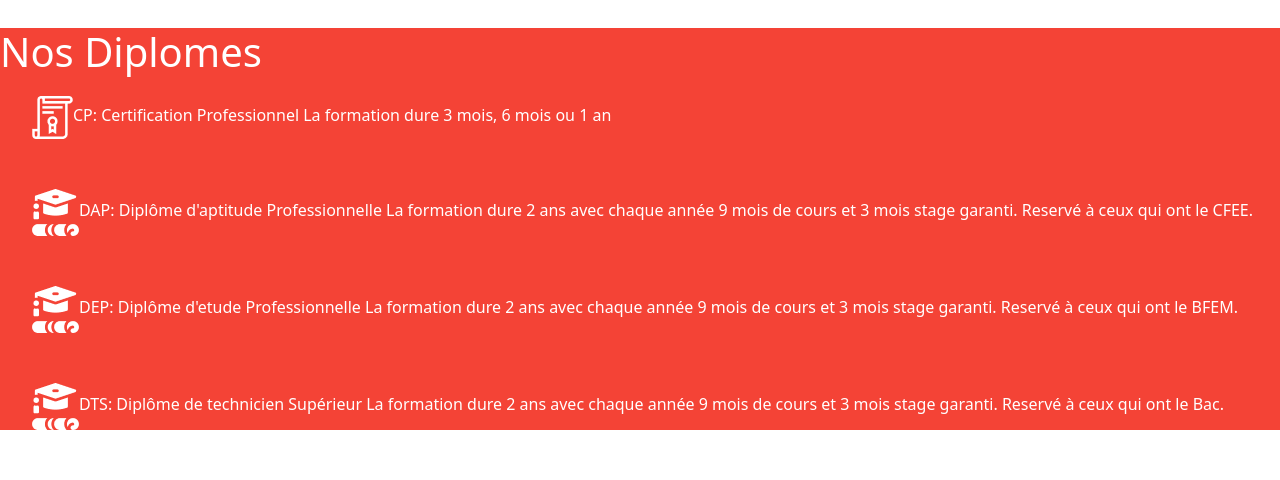
Repository: wadelfadill/tache_6_validation_prototype_bootstrap
Page: index.html
The author's editor kept a copy of each file at every save. The page is drawn from the files as they stood at one save, then again after the next save.
The browser window is 1280 px wide. The pictures show the part of the page from y = 1831 to 2369 px (the page is 2311 px tall before and 2369 px after).
A picture or video elsewhere on the page could not be fetched, so the positions and the page height are approximate. Some web libraries are served in a nearby version.

Above is the page before, as saved 2023-04-24 22:40:39.

After the next save:
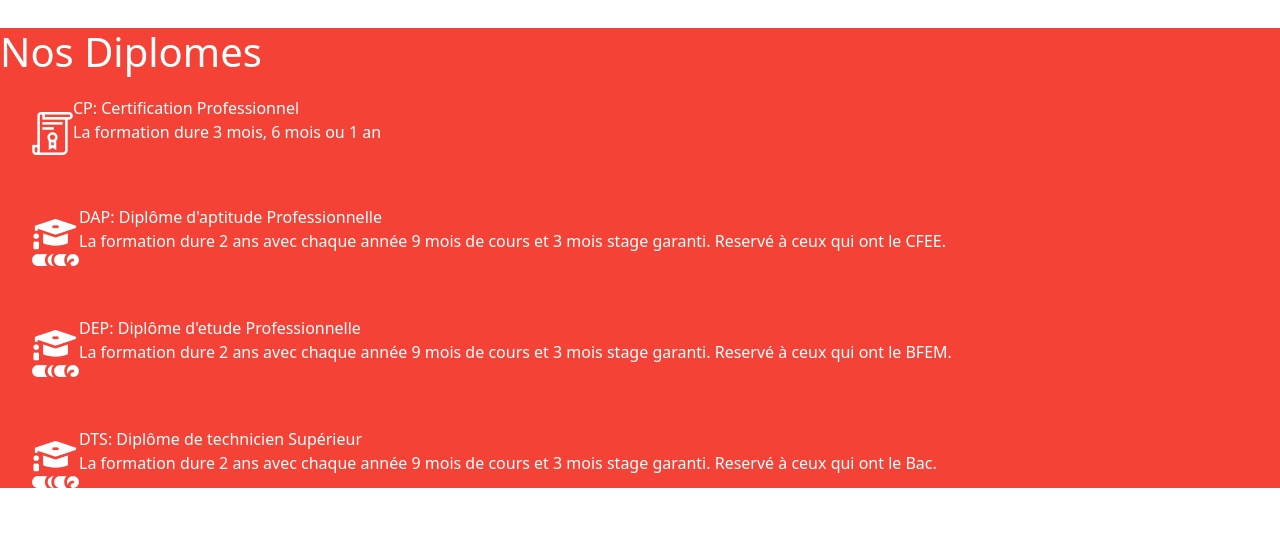
Saved 53 s later.
--- a/style.css
+++ b/style.css
@@ -223,3 +223,6 @@ nav .navbar-toggler:focus{
     display: inline-block;
 
 }
+#diplomes ul li div span{
+    display: block;
+}
